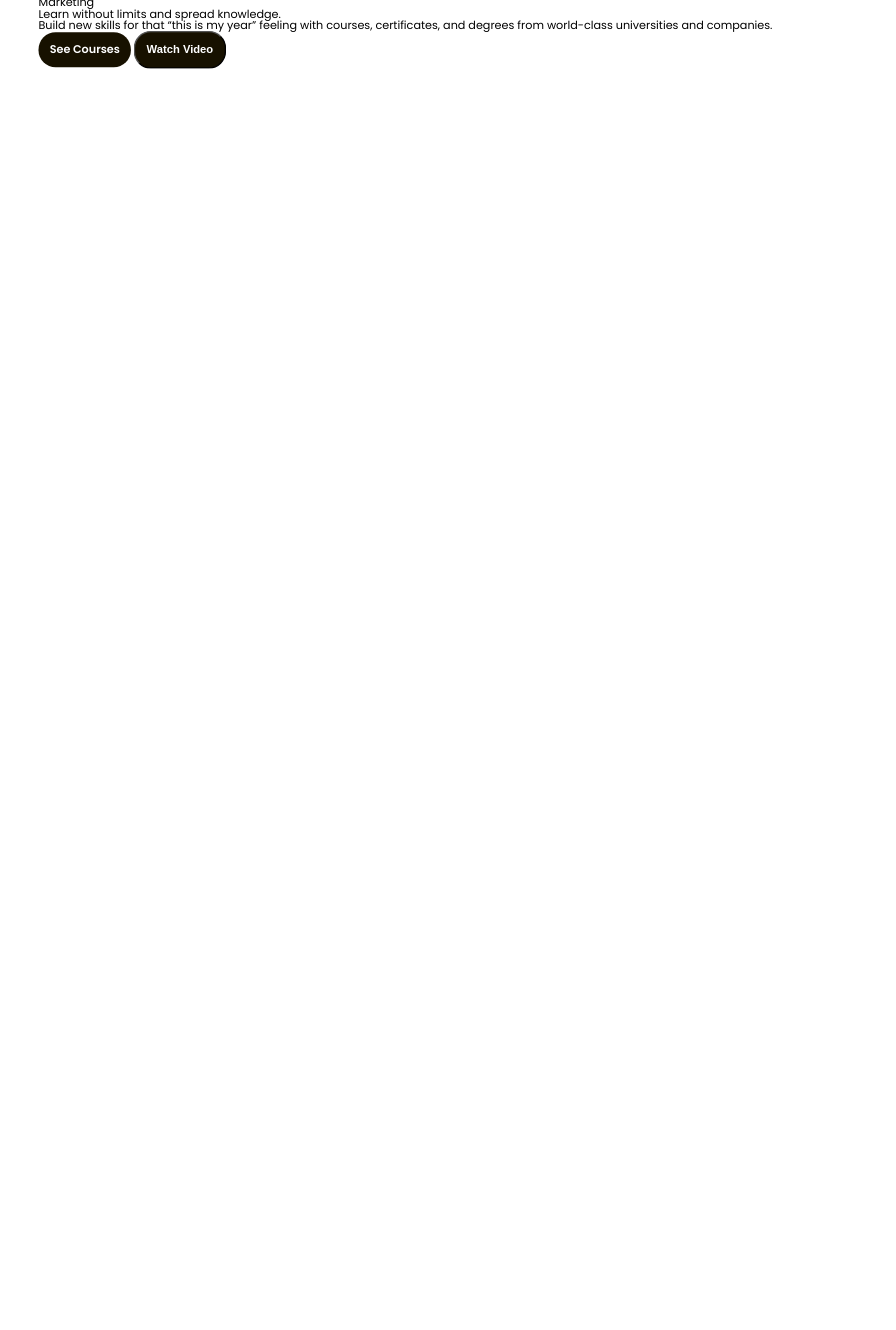
Repository: ynguyen1512/htmlcss-project-02
Page: index.html
These files come from the project's save history. The page is drawn as it stood at one moment and after the next save; the edit follows.
The browser window is 1280 px wide. The pictures show the part of the page from y = 1223 to 3123 px (the page is 5000 px tall), at 70% of full size.
A picture or video elsewhere on the page could not be fetched, so the positions and the page height are approximate.

Above is the page before, as saved 2023-02-20 20:12:03.

### index.html
<!DOCTYPE html>
<html lang="en">
<head>
    <meta charset="UTF-8">
    <meta http-equiv="X-UA-Compatible" content="IE=edge">
    <meta name="viewport" content="width=device-width, initial-scale=1.0">
    <title>F8 Project 02</title>
    <!-- Reset CSS -->
    <link rel="stylesheet" href="./assets/css/reset.css">
    <!-- Embed fonts -->
    <link rel="preconnect" href="https://fonts.googleapis.com">
    <link rel="preconnect" href="https://fonts.gstatic.com" crossorigin>
    <link href="https://fonts.googleapis.com/css2?family=Poppins:ital,wght@0,400;0,500;0,600;0,700;1,400&family=Sen:wght@700&display=swap" rel="stylesheet">
    <!-- Styles -->
    <link rel="stylesheet" href="./assets/css/style.css">
</head>
<body>
    <main style="height: 5000px;">
        <!-- Header -->
        <header class="header fixed">
            <div class=" main-content">
                <di class="body">
                    <!-- Logo -->
                    <a href="#">
                        <img src="./assets/img/logo.png" alt="Lesson." class="logo">
                    </a>
                    <!-- Navigation -->
                    <nav class="nav">
                        <ul>
                            <li class="active"><a href="#!">Home</a></li>
                            <li><a href="#!">Courses</a></li>
                            <li><a href="#!">Pricing</a></li>
                            <li><a href="#!">Reviews</a></li>
                        </ul>
                    </nav>

                    <!-- Action -->
                    <div class="action">
                        <a href="" class="btn sign-up-btn">Sign Up</a>
                    </div>
                </di >
            </div>
        </header>

        <!-- Hero -->
        <div class="hero">
            <div class="main-content">
                <div class="body">
                    <!-- Hero-left -->
                    <div class="media-block">
                        <img src="./assets/img/hero-img.jpg"
                        alt="Learn without limits and spread knowledge." class="img">

                        <div class="hero-summary">
                            <div class="item">
                                <div class="icon">
                                    <img src="./assets/icons/list.svg" alt="">
                                </div>
                                <div class="info">
                                    <p class="label">20 Courses</p>
                                    <p class="title">UI/UX Design</p>
                                </div>
                            </div>
                            <div class="item">
                                <div class="icon">
                                    <img src="./assets/icons/code.svg" alt="">
                                </div>
                                <div class="info">
                                    <p class="label">20 Courses</p>
                                    <p class="title">Development</p>
                                </div>
                            </div>
                            <div class="item">
                                <div class="icon">
                                    <img src="./assets/icons/speaker.svg" alt="">
                                </div>
                                <div class="info">
                                    <p class="label">30 Courses</p>
                                    <p class="title">Marketing</p>
                                </div>
                            </div>
                        </div>
                    </div>
                    <!-- Hero right -->
                    <div class="content-block">
                        <h1 class="heading">Learn without limits and spread knowledge.</h1>
                        <p class="desc">Build new skills for that “this is my year” feeling with courses, certificates, and degrees from world-class
                             universities and companies.</p>
                        <div class="cta-group">
                            <a href="" class="btn">See Courses</a>
                            <button class="btn">Watch Video</button>
                        </div>
                    </div>
                </div>
            </div>
        </div>
    </main>

    <footer>

    </footer>
</body>
</html>

### assets/css/style.css
* {
    box-sizing: border-box;
}

html, body {
    scroll-behavior: smooth;
}

html {
    font-size: 62.5%;
}

body {
    font-size: 1.6rem;
    font-family: 'Poppins', 'sans-serif';
}

/* Common */
.main-content {
    width: 1170px;
    max-width: calc(100% - 48px);
    margin-left: auto;
    margin-right: auto;
}

a {
    text-decoration: none;
}

.btn {
    display: inline-block;
    min-width: 118px;
    padding: 0 16px;
    line-height: 50px;
    font-weight: 600;
    font-size: 16px;
    text-align: center;
    color: #FFFFFF;
    background: #171100;
    border-radius: 24.5px;
}

/* Header */
.header {
    background-color: #FFFCF4;
}

.header.fixed {
    position: sticky;
    top: -28px;
}

.header .body {
    display: flex;
    align-items: center;
    padding: 36px 0 8px;
}

.nav {
    margin-left: auto;
}

.nav ul {
    display: flex;
}

.nav a {
    position: relative;
    padding: 8px 21px;
    font-size: 1.6rem;
    color: #5F5B53;
}

.nav a:hover,
.nav li.active a {
    /* font-weight: 600; */
    text-shadow: 1px 0 0 currentColor;
    color: #171100;
}

.nav li.active a::after {
    position: absolute;
    left: 21px;
    content: "";
    bottom: 6px;
    display: block;
    width: 12px;
    height: 2px;
    background: #171100;
    border-radius: 1px;
}

.header .sign-up-btn {
    min-width: 144px;
}

Loaded but not shown: assets/css/reset.css (common file)

After the next save:
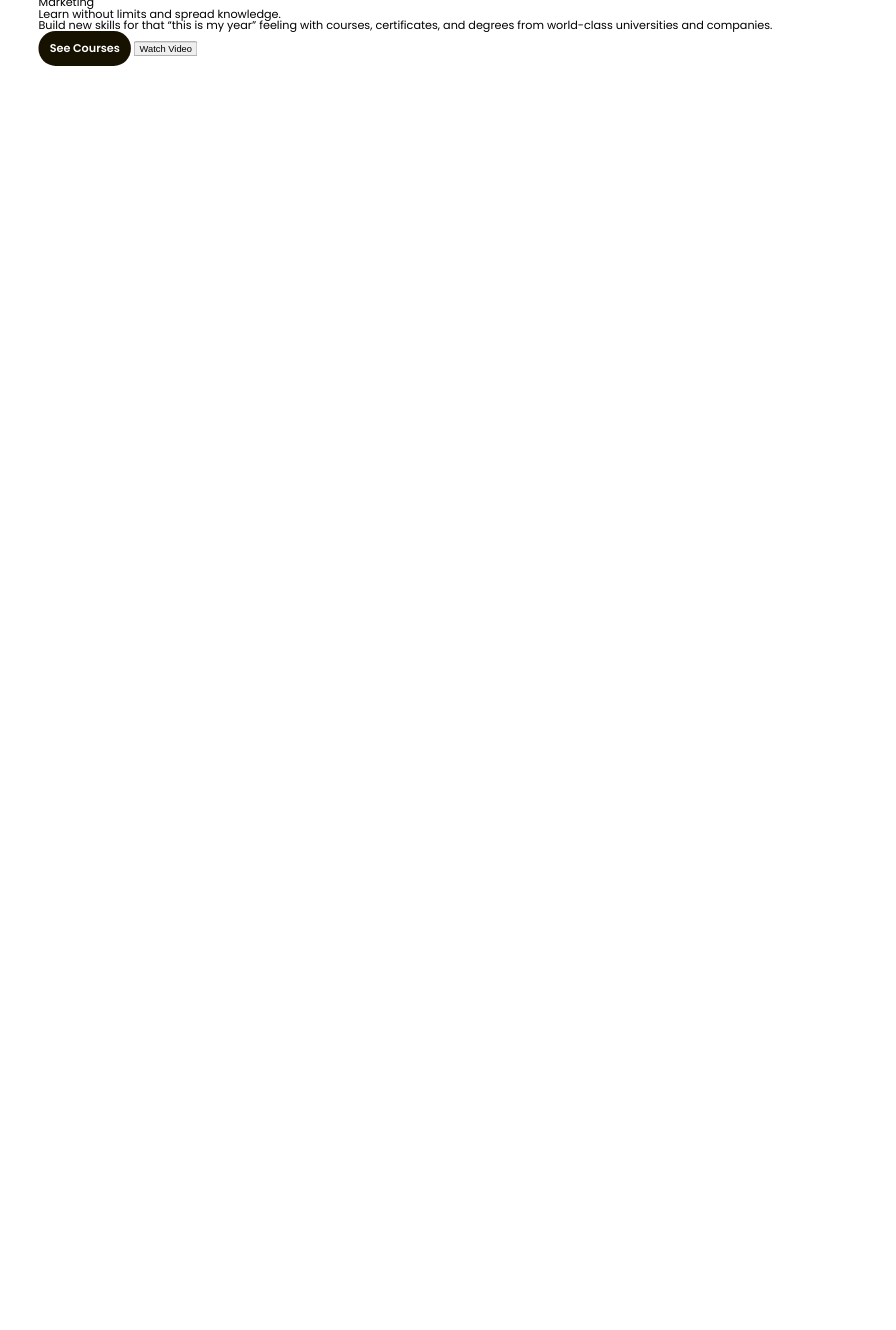
Saved 15 s later.
--- a/index.html
+++ b/index.html
@@ -88,7 +88,7 @@
                              universities and companies.</p>
                         <div class="cta-group">
                             <a href="" class="btn">See Courses</a>
-                            <button class="btn">Watch Video</button>
+                            <button class="watch-video">Watch Video</button>
                         </div>
                     </div>
                 </div>
